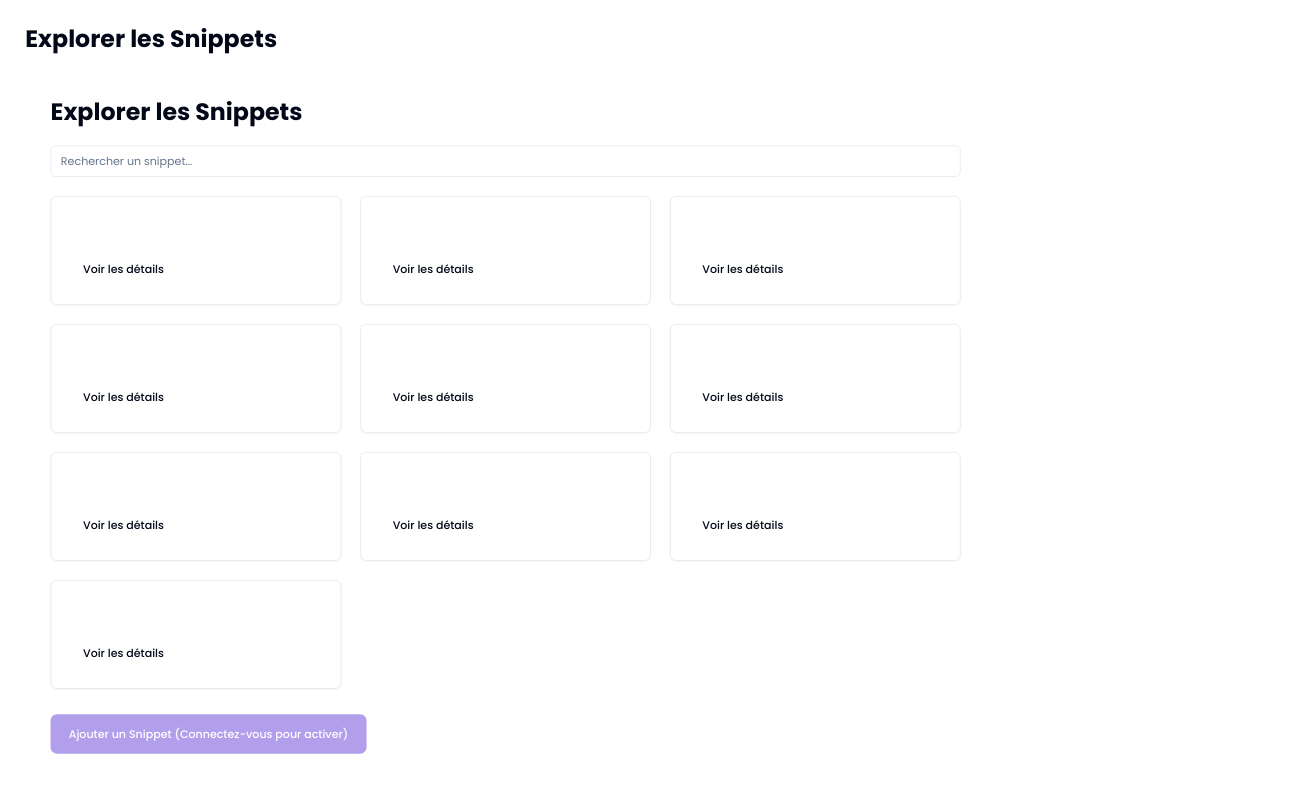
Repository: khadyba/Mediacy
Page: /snippets
An editor plug-in stored every save of this project. The page is shown before and after a run of saves, followed by the edit.
The browser window is 1280 px wide. The page is 1280 px wide, then 1653 px, so the pictures cover 1653 px, including what lies to the right of the window. The pictures show the whole page, at 79% of full size.
The project was rebuilt for these pictures with package versions that can differ from the ones it lists, and the page was loaded fresh each time. The framework's server and built-in components were replaced by stand-ins that run in the browser. Also part of the build but not shown: next.config.mjs.

Above is the page before, as saved 2024-09-22 21:52:10.

### app/layout.tsx
import React from 'react';
import type { Metadata } from 'next';
import { Poppins } from 'next/font/google';
import "./globals.css";
const poppins = Poppins({ subsets: ["latin"],
  weight:['300','400','500','600','700'] });

export const metadata: Metadata = {
  title: "SnippetVault",

};

export default function RootLayout({
  children,
}: Readonly<{
  children: React.ReactNode;
}>) {
  return (
    <html lang="fr">
      <body className={poppins.className}>
          {children}
        </body>
    </html>
  );
}

### app/snippets/layout.tsx
interface LandingSnippetProps {
    children: React.ReactNode;
  }

const LandingSnippet = ({ children }: LandingSnippetProps) => {
    return(
                  <div>
                    {children}
                  </div>
    )
}
export default LandingSnippet

### app/snippets/page.tsx
"use client";

import ExploreSnippets from "../_components/CardSnippet";


export default function PageSnippets() {
  return (
    <div className="p-8">
      <h1 className="text-3xl font-bold mb-6">Explorer les Snippets</h1>

               <ExploreSnippets />
    </div>
  );
}

### app/globals.css
@tailwind base;
@tailwind components;
@tailwind utilities;


html,
body,
:root {
     height: 100%;
}

html, body {
  margin: 0;
  padding: 0;
  height: 100%;
  width: 100%;
}






:root {
  --foreground-rgb: 0, 0, 0;
  --background-start-rgb: 214, 219, 220;
  --background-end-rgb: 255, 255, 255;
}

@media (prefers-color-scheme: dark) {
  :root {
    --foreground-rgb: 255, 255, 255;
    --background-start-rgb: 0, 0, 0;
    --background-end-rgb: 0, 0, 0;
  }
}

@layer utilities {
  .text-balance {
    text-wrap: balance;
  }
}

@layer base {
  :root {
    --background: 0 0% 100%;
    --foreground: 222.2 84% 4.9%;
    --card: 0 0% 100%;
    --card-foreground: 222.2 84% 4.9%;
    --popover: 0 0% 100%;
    --popover-foreground: 222.2 84% 4.9%;
    --primary: 222.2 47.4% 11.2%;
    --primary-foreground: 210 40% 98%;
    --secondary: 210 40% 96.1%;
    --secondary-foreground: 222.2 47.4% 11.2%;
    --muted: 210 40% 96.1%;
    --muted-foreground: 215.4 16.3% 46.9%;
    --accent: 210 40% 96.1%;
    --accent-foreground: 222.2 47.4% 11.2%;
    --destructive: 0 84.2% 60.2%;
    --destructive-foreground: 210 40% 98%;
    --border: 214.3 31.8% 91.4%;
    --input: 214.3 31.8% 91.4%;
    --ring: 222.2 84% 4.9%;
    --chart-1: 12 76% 61%;
    --chart-2: 173 58% 39%;
    --chart-3: 197 37% 24%;
    --chart-4: 43 74% 66%;
    --chart-5: 27 87% 67%;
    --radius: 0.5rem;
  }
  .dark {
    --background: 222.2 84% 4.9%;
    --foreground: 210 40% 98%;
    --card: 222.2 84% 4.9%;
    --card-foreground: 210 40% 98%;
    --popover: 222.2 84% 4.9%;
    --popover-foreground: 210 40% 98%;
    --primary: 210 40% 98%;
    --primary-foreground: 222.2 47.4% 11.2%;
    --secondary: 217.2 32.6% 17.5%;
    --secondary-foreground: 210 40% 98%;
    --muted: 217.2 32.6% 17.5%;
    --muted-foreground: 215 20.2% 65.1%;
    --accent: 217.2 32.6% 17.5%;
    --accent-foreground: 210 40% 98%;
    --destructive: 0 62.8% 30.6%;
    --destructive-foreground: 210 40% 98%;
    --border: 217.2 32.6% 17.5%;
    --input: 217.2 32.6% 17.5%;
    --ring: 212.7 26.8% 83.9%;
    --chart-1: 220 70% 50%;
    --chart-2: 160 60% 45%;
    --chart-3: 30 80% 55%;
    --chart-4: 280 65% 60%;
    --chart-5: 340 75% 55%;
  }
}

@layer base {
  * {
    @apply border-border;
  }
  body {
    @apply bg-background text-foreground;
  }
}

### app/_components/CardSnippet.tsx
"use client";
import { useState, useEffect } from "react";
import { Button } from "@/components/ui/button";
import { Input } from "@/components/ui/input";
import { Card, CardContent, CardFooter, CardHeader, CardTitle } from "@/components/ui/card";



export default function ExploreSnippets() {
    const [snippets, setSnippets] = useState([]);
    useEffect(() => { fetch("/data/snippets.json") .then((response) => response.json())
     .then((data) => setSnippets(data)); }, []);

     return (
    <div className="p-8">
      <h1 className="text-3xl font-bold mb-6">Explorer les Snippets</h1>

      {/* Barre de recherche */}
      <div className="mb-6">
        <Input type="text" placeholder="Rechercher un snippet..." className="w-full" />
      </div>

      {/* Liste de snippets */}
      <div className="grid grid-cols-1 md:grid-cols-3 gap-6">
        {snippets.map((snippet) => (
          <Card key={snippet.id}>
            <CardHeader>
              <CardTitle>{snippet.title}</CardTitle>
            </CardHeader>
            <CardContent>
              <p className="text-gray-500">{snippet.category}</p>
            </CardContent>
            <CardFooter>
              <Button variant="outline">Voir les détails</Button>
            </CardFooter>
          </Card>
        ))}
      </div>

      {/* Bouton Ajouter un snippet (inactif) */}
      <div className="mt-8">
        <Button variant="secondary" size="lg" disabled>
          Ajouter un Snippet (Connectez-vous pour activer)
        </Button>
      </div>
    </div>
  );
}

### components/ui/button.tsx
import * as React from "react"
import { Slot } from "@radix-ui/react-slot"
import { cva, type VariantProps } from "class-variance-authority"

import { cn } from "@/lib/utils"

const buttonVariants = cva(
  "inline-flex items-center justify-center whitespace-nowrap rounded-md text-sm font-medium ring-offset-background transition-colors focus-visible:outline-none focus-visible:ring-2 focus-visible:ring-ring focus-visible:ring-offset-2 disabled:pointer-events-none disabled:opacity-50",
  {
    variants: {
      variant: {
        default: "bg-primary text-primary-foreground hover:bg-primary/90",
        primary: "bg-transparant hover:bg-[#6841DA] text-[#6841DA] hover:text-white border-[3px] border-[#6841DA] ",
        secondary: "bg-[#6841DA] text-white border-[3px] border-[#6841DA] ",
        purple: "bg-transparant  text-[#6841DA] border-[3px]  hover:bg-[#6841DA] hover:text-white border-[#6841DA] "
      },
      size: {
        default: "h-10 px-4 py-2",
        sm: "h-9 rounded-md px-3",
        lg: "h-[50px]  rounded-lg px-5 py-4",
        icon: "h-10 w-10",
      },
    },
    defaultVariants: {
      variant: "default",
      size: "default",
    },
  }
)

export interface ButtonProps
  extends React.ButtonHTMLAttributes<HTMLButtonElement>,
    VariantProps<typeof buttonVariants> {
  asChild?: boolean
}

const Button = React.forwardRef<HTMLButtonElement, ButtonProps>(
  ({ className, variant, size, asChild = false, ...props }, ref) => {
    const Comp = asChild ? Slot : "button"
    return (
      <Comp
        className={cn(buttonVariants({ variant, size, className }))}
        ref={ref}
        {...props}
      />
    )
  }
)
Button.displayName = "Button"

export { Button, buttonVariants }

### components/ui/input.tsx
import * as React from "react"

import { cn } from "@/lib/utils"

export interface InputProps
  extends React.InputHTMLAttributes<HTMLInputElement> {}

const Input = React.forwardRef<HTMLInputElement, InputProps>(
  ({ className, type, ...props }, ref) => {
    return (
      <input
        type={type}
        className={cn(
         "flex h-10 w-full rounded-md border border-input bg-background px-3 py-2 text-sm ring-offset-background file:border-0 file:bg-transparent file:text-sm file:font-medium file:text-foreground placeholder:text-muted-foreground focus-visible:outline-none focus-visible:ring-2 focus-visible:ring-[#6841DA] focus-visible:ring-offset-2 hover:border-[#6841DA] disabled:cursor-not-allowed disabled:opacity-50",
          className
        )}
        ref={ref}
        {...props}
      />
    )
  }
)
Input.displayName = "Input"

export { Input }

### components/ui/card.tsx
import * as React from "react"

import { cn } from "@/lib/utils"

const Card = React.forwardRef<
  HTMLDivElement,
  React.HTMLAttributes<HTMLDivElement>
>(({ className, ...props }, ref) => (
  <div
    ref={ref}
    className={cn(
      "rounded-lg border bg-card text-card-foreground shadow-sm",
      className
    )}
    {...props}
  />
))
Card.displayName = "Card"

const CardHeader = React.forwardRef<
  HTMLDivElement,
  React.HTMLAttributes<HTMLDivElement>
>(({ className, ...props }, ref) => (
  <div
    ref={ref}
    className={cn("flex flex-col space-y-1.5 p-6", className)}
    {...props}
  />
))
CardHeader.displayName = "CardHeader"

const CardTitle = React.forwardRef<
  HTMLParagraphElement,
  React.HTMLAttributes<HTMLHeadingElement>
>(({ className, ...props }, ref) => (
  <h3
    ref={ref}
    className={cn(
      "text-2xl font-semibold leading-none tracking-tight",
      className
    )}
    {...props}
  />
))
CardTitle.displayName = "CardTitle"

const CardDescription = React.forwardRef<
  HTMLParagraphElement,
  React.HTMLAttributes<HTMLParagraphElement>
>(({ className, ...props }, ref) => (
  <p
    ref={ref}
    className={cn("text-sm text-muted-foreground", className)}
    {...props}
  />
))
CardDescription.displayName = "CardDescription"

const CardContent = React.forwardRef<
  HTMLDivElement,
  React.HTMLAttributes<HTMLDivElement>
>(({ className, ...props }, ref) => (
  <div ref={ref} className={cn("p-6 pt-0", className)} {...props} />
))
CardContent.displayName = "CardContent"

const CardFooter = React.forwardRef<
  HTMLDivElement,
  React.HTMLAttributes<HTMLDivElement>
>(({ className, ...props }, ref) => (
  <div
    ref={ref}
    className={cn("flex items-center p-6 pt-0", className)}
    {...props}
  />
))
CardFooter.displayName = "CardFooter"

export { Card, CardHeader, CardFooter, CardTitle, CardDescription, CardContent }

### tailwind.config.ts
import type { Config } from "tailwindcss";

const config: Config = {
    darkMode: ["class"],
    content: [
    "./pages/**/*.{js,ts,jsx,tsx,mdx}",
    "./components/**/*.{js,ts,jsx,tsx,mdx}",
    "./app/**/*.{js,ts,jsx,tsx,mdx}",
  ],
  theme: {
  	extend: {
  		backgroundImage: {
  			'gradient-radial': 'radial-gradient(var(--tw-gradient-stops))',
  			'gradient-conic': 'conic-gradient(from 180deg at 50% 50%, var(--tw-gradient-stops))'
  		},
  		borderRadius: {
  			lg: 'var(--radius)',
  			md: 'calc(var(--radius) - 2px)',
  			sm: 'calc(var(--radius) - 4px)'
  		},
  		colors: {
  			background: 'hsl(var(--background))',
  			foreground: 'hsl(var(--foreground))',
  			card: {
  				DEFAULT: 'hsl(var(--card))',
  				foreground: 'hsl(var(--card-foreground))'
  			},
  			popover: {
  				DEFAULT: 'hsl(var(--popover))',
  				foreground: 'hsl(var(--popover-foreground))'
  			},
  			primary: {
  				DEFAULT: 'hsl(var(--primary))',
  				foreground: 'hsl(var(--primary-foreground))'
  			},
  			secondary: {
  				DEFAULT: 'hsl(var(--secondary))',
  				foreground: 'hsl(var(--secondary-foreground))'
  			},
  			muted: {
  				DEFAULT: 'hsl(var(--muted))',
  				foreground: 'hsl(var(--muted-foreground))'
  			},
  			accent: {
  				DEFAULT: 'hsl(var(--accent))',
  				foreground: 'hsl(var(--accent-foreground))'
  			},
  			destructive: {
  				DEFAULT: 'hsl(var(--destructive))',
  				foreground: 'hsl(var(--destructive-foreground))'
  			},
  			border: 'hsl(var(--border))',
  			input: 'hsl(var(--input))',
  			ring: 'hsl(var(--ring))',
  			chart: {
  				'1': 'hsl(var(--chart-1))',
  				'2': 'hsl(var(--chart-2))',
  				'3': 'hsl(var(--chart-3))',
  				'4': 'hsl(var(--chart-4))',
  				'5': 'hsl(var(--chart-5))'
  			},
			  transparent: 'transparent',
			  current: 'currentColor',
			  'white': '#ffffff',
			  'purple': '#3f3cbb',
			  'midnight': '#121063',
			  'metal': '#565584',
			  'tahiti': '#3ab7bf',
			  'silver': '#ecebff',
			  'bubble-gum': '#ff77e9',
			  'bermuda': '#78dcca',
  		}
  	}
  },
  plugins: [require("tailwindcss-animate")],
};
export default config;

### public/data/snippets.json
[
    {
      "id": 1,
      "titre": "Afficher un message d'alerte",
      "description": "Code pour afficher un message d'alerte basique en JavaScript.",
      "code": "alert('Bonjour!');",
      "categorie": "JavaScript"
    },
    {
      "id": 2,
      "titre": "Boucle for simple",
      "description": "Une boucle for simple qui itère de 1 à 10.",
      "code": "for(let i = 1; i <= 10; i++) { console.log(i); }",
      "categorie": "JavaScript"
    },
    {
      "id": 3,
      "titre": "Formater une date",
      "description": "Formater une date en JavaScript en utilisant toLocaleDateString().",
      "code": "const date = new Date(); console.log(date.toLocaleDateString('fr-FR'));",
      "categorie": "JavaScript"
    },
    {
      "id": 4,
      "titre": "Ajouter une classe CSS",
      "description": "Ajout dynamique d'une classe CSS à un élément.",
      "code": "document.getElementById('monElement').classList.add('maClasse');",
      "categorie": "JavaScript"
    },
    {
      "id": 5,
      "titre": "Masquer un élément",
      "description": "Masquer un élément en modifiant son style.",
      "code": "document.getElementById('monElement').style.display = 'none';",
      "categorie": "JavaScript"
    },
    {
      "id": 6,
      "titre": "Convertir un tableau en chaîne",
      "description": "Convertir un tableau en une chaîne de caractères avec join().",
      "code": "const tableau = ['apple', 'banana', 'cherry']; console.log(tableau.join(', '));",
      "categorie": "JavaScript"
    },
    {
      "id": 7,
      "titre": "Afficher la longueur d'une chaîne",
      "description": "Afficher le nombre de caractères dans une chaîne.",
      "code": "const chaine = 'Bonjour'; console.log(chaine.length);",
      "categorie": "JavaScript"
    },
    {
      "id": 8,
      "titre": "Vérifier un nombre pair",
      "description": "Code pour vérifier si un nombre est pair.",
      "code": "const estPair = (num) => num % 2 === 0; console.log(estPair(4));",
      "categorie": "JavaScript"
    },
    {
      "id": 9,
      "titre": "Créer un bouton en HTML",
      "description": "Code HTML pour créer un bouton simple.",
      "code": "<button>Cliquez-moi</button>",
      "categorie": "HTML"
    },
    {
      "id": 10,
      "titre": "Lien vers une page externe",
      "description": "Code HTML pour créer un lien qui s'ouvre dans un nouvel onglet.",
      "code": "<a href='https://exemple.com' target='_blank'>Visitez le site</a>",
      "categorie": "HTML"
    }
  ]

Loaded but not shown: lib/utils.ts (common file)

After the next 6 saves:
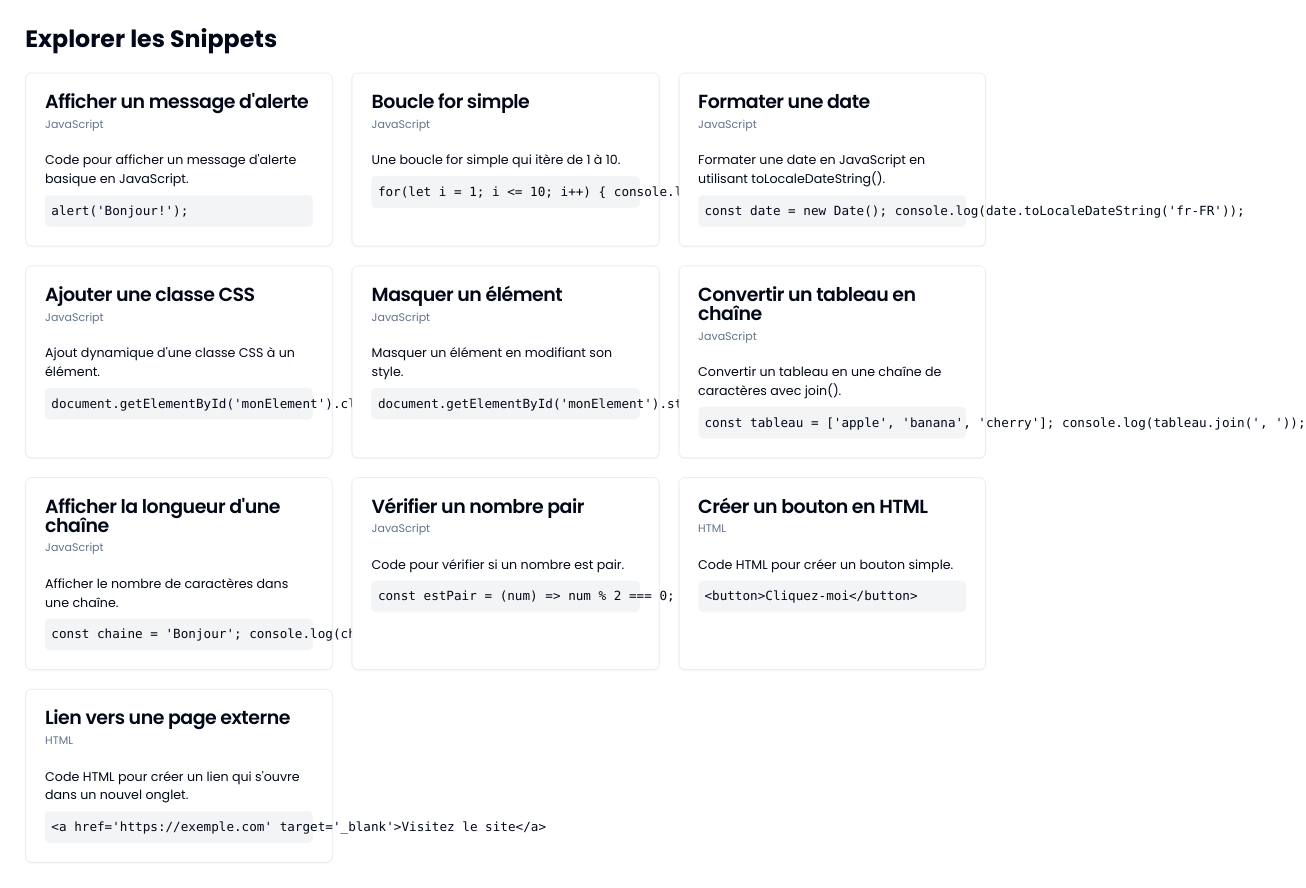
The 6 saves are shown as one change because 4 did not build or start and some came seconds apart.
The last was saved 62 s later.
--- a/app/_components/CardSnippet.tsx
+++ b/app/_components/CardSnippet.tsx
@@ -2,47 +2,28 @@
 import { useState, useEffect } from "react";
 import { Button } from "@/components/ui/button";
 import { Input } from "@/components/ui/input";
-import { Card, CardContent, CardFooter, CardHeader, CardTitle } from "@/components/ui/card";
+import { Card, CardContent,  CardDescription, CardHeader, CardTitle } from "@/components/ui/card";
 
 
 
-export default function ExploreSnippets() {
-    const [snippets, setSnippets] = useState([]);
-    useEffect(() => { fetch("/data/snippets.json") .then((response) => response.json())
-     .then((data) => setSnippets(data)); }, []);
-
-     return (
-    <div className="p-8">
-      <h1 className="text-3xl font-bold mb-6">Explorer les Snippets</h1>
-
-      {/* Barre de recherche */}
-      <div className="mb-6">
-        <Input type="text" placeholder="Rechercher un snippet..." className="w-full" />
-      </div>
-
-      {/* Liste de snippets */}
-      <div className="grid grid-cols-1 md:grid-cols-3 gap-6">
+export default function SnippetList() {
+     const [snippets, setSnippets] = useState([]);
+     useEffect(() => { fetch("/data/snippets.json") .then((response) => response.json())
+      .then((data) => setSnippets(data)); }, []);
+    return (
+      <div className="grid grid-cols-1 md:grid-cols-2 lg:grid-cols-3 gap-6">
         {snippets.map((snippet) => (
           <Card key={snippet.id}>
             <CardHeader>
-              <CardTitle>{snippet.title}</CardTitle>
+              <CardTitle>{snippet.titre}</CardTitle>
+              <CardDescription>{snippet.categorie}</CardDescription>
             </CardHeader>
             <CardContent>
-              <p className="text-gray-500">{snippet.category}</p>
+              <p>{snippet.description}</p>
+              <pre className="bg-gray-100 p-2 mt-2 rounded-md">{snippet.code}</pre>
             </CardContent>
-            <CardFooter>
-              <Button variant="outline">Voir les détails</Button>
-            </CardFooter>
           </Card>
         ))}
       </div>
-
-      {/* Bouton Ajouter un snippet (inactif) */}
-      <div className="mt-8">
-        <Button variant="secondary" size="lg" disabled>
-          Ajouter un Snippet (Connectez-vous pour activer)
-        </Button>
-      </div>
-    </div>
-  );
-}
+    );
+  }
